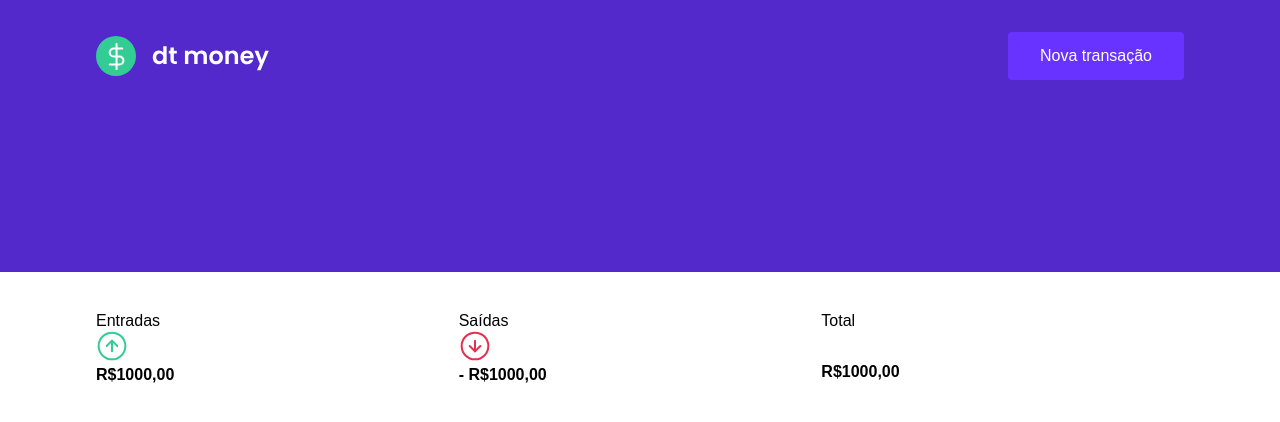
Repository: joaovnogueira/dtmoney
Page: /
These files come from the project's save history. The page is drawn as it stood at one moment and after a run of saves; the edit follows.
The browser window is 1280 px wide. The pictures show the whole page.
The project was rebuilt for these pictures with package versions that can differ from the ones it lists, and the page was loaded fresh each time.

Above is the page before, as saved 2022-06-21 14:32:13.

After the next 4 saves:
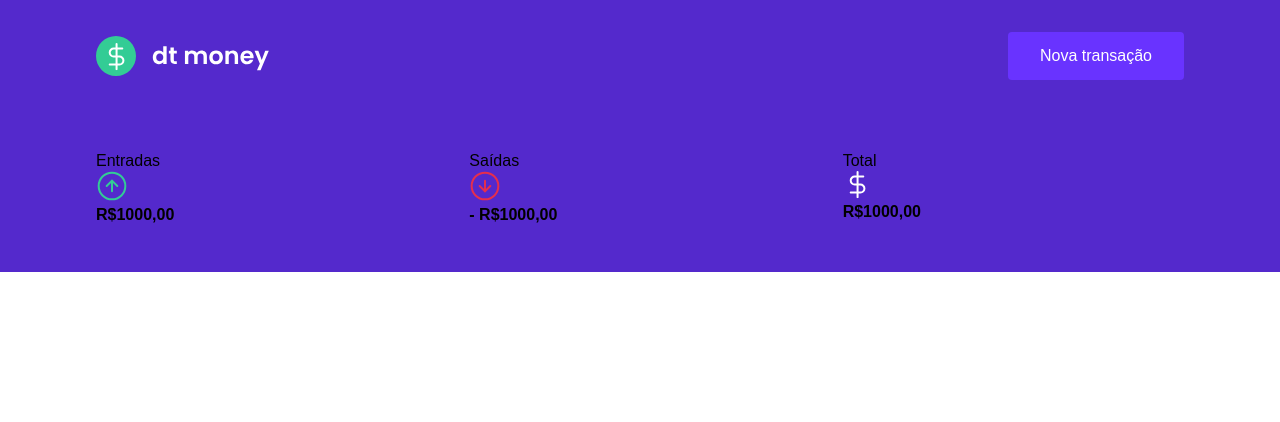
The 4 saves are shown as one change because they came seconds apart.
The last was saved 10 s later.
--- a/src/components/summary/styles.ts
+++ b/src/components/summary/styles.ts
@@ -3,6 +3,6 @@ import styled from 'styled-components'
 export const Container = styled.div`
     display: grid;
     grid-template-columns: repeat(3,1fr);
-    gap: 2re,;
-    margin-top
+    gap: 2rem;
+    margin-top: -10rem;
 `;
